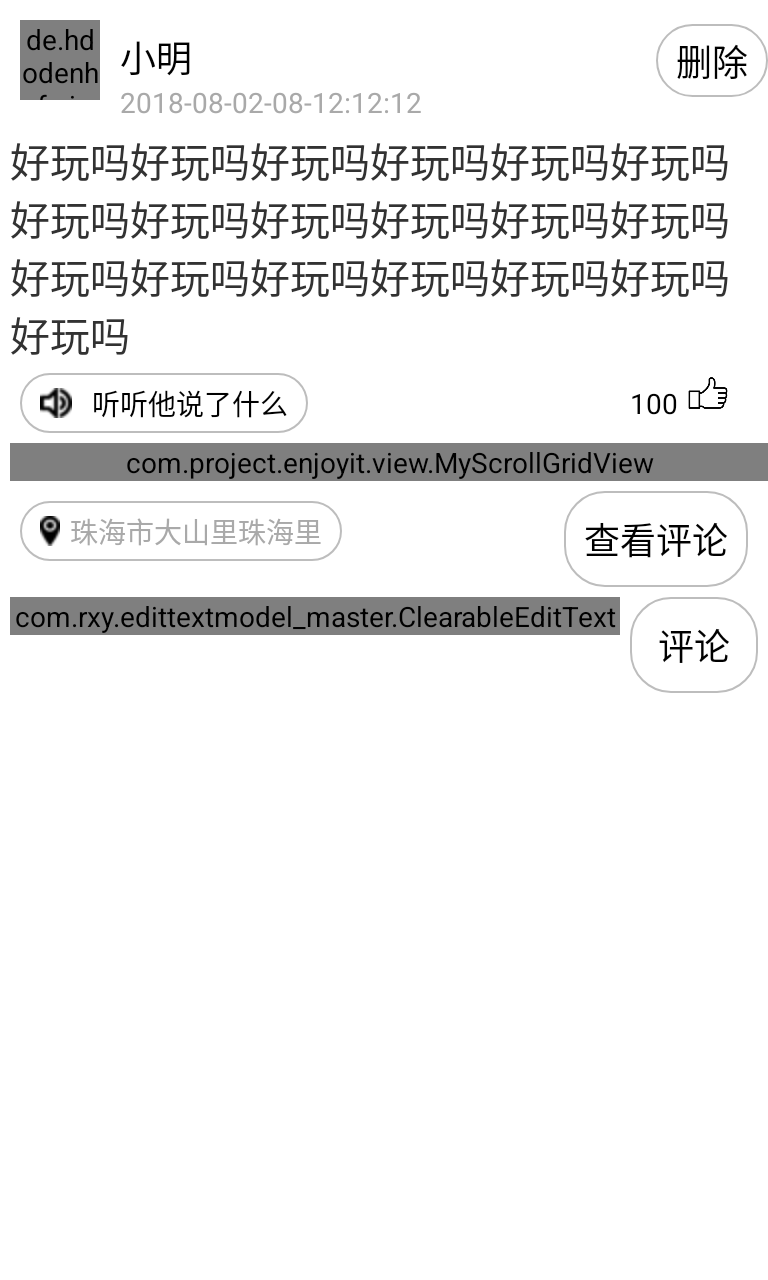
Repository: fatio/Nower
Layout: Android_Client_Source/EnjoyIt/res/layout/shows_list_item.xml
The author's editor kept a copy of each file at every save. The layout is drawn from the files as they stood at one save, then again after the next save.
Pictures or frames that could not be fetched are drawn as grey boxes. It is drawn on a 768 x 1280 px phone screen (xhdpi) without system bars, with theme AppTheme; the app's code is not run.

Above is the layout before, as saved 2015-12-27 09:18:19.

### Android_Client_Source/EnjoyIt/res/layout/shows_list_item.xml
<?xml version="1.0" encoding="utf-8"?>
<LinearLayout xmlns:android="http://schemas.android.com/apk/res/android"
    xmlns:tools="http://schemas.android.com/tools"
    xmlns:app="http://schemas.android.com/apk/res-auto"
    android:layout_width="match_parent"
    android:layout_height="match_parent"
    android:orientation="vertical" >

    <LinearLayout
        android:layout_width="match_parent"
        android:layout_height="wrap_content"
        android:orientation="horizontal" >

        <de.hdodenhof.circleimageview.CircleImageView
            android:id="@+id/civ_head_pic"
            android:layout_width="40dp"
            android:layout_height="40dp"
            android:layout_marginLeft="10dp"
            android:layout_marginTop="10dp"
            android:src="@drawable/head_cat"
            app:border_color="#FFEEEEEE"
            app:border_width="2dp" />

        <LinearLayout
            android:layout_width="wrap_content"
            android:layout_height="wrap_content"
            android:layout_marginLeft="10dp"
            android:layout_marginTop="15dp"
            android:layout_weight="1"
            android:orientation="vertical" >

            <TextView
                android:id="@+id/tv_username"
                android:layout_width="wrap_content"
                android:layout_height="wrap_content"
                android:text="小明"
                android:textColor="@drawable/white_show"
                android:textSize="18sp" />

            <TextView
                android:id="@+id/tv_time"
                android:layout_width="wrap_content"
                android:layout_height="wrap_content"
                android:text="2018-08-02-08-12:12:12"
                android:textColor="#a9a9a9" />
        </LinearLayout>

        <TextView
            android:id="@+id/tv_delete"
            android:layout_width="wrap_content"
            android:layout_height="wrap_content"
            android:layout_gravity="center_vertical"
            android:background="@drawable/imageview_btn_item_selector"
            android:paddingBottom="5dp"
            android:paddingLeft="10dp"
            android:paddingRight="10dp"
            android:paddingTop="5dp"
            android:text="删除"
            android:textColor="@drawable/white_show"
            android:textSize="18sp" />
    </LinearLayout>

    <LinearLayout
        android:layout_width="match_parent"
        android:layout_height="wrap_content"
        android:layout_marginLeft="5dp"
        android:layout_marginRight="5dp"
        android:layout_marginTop="5dp"
        android:orientation="vertical" >

        <TextView
            android:id="@+id/tv_content"
            android:layout_width="match_parent"
            android:layout_height="wrap_content"
            android:autoLink="all"
            android:gravity="center|left"
            android:text="好玩吗好玩吗好玩吗好玩吗好玩吗好玩吗好玩吗好玩吗好玩吗好玩吗好玩吗好玩吗好玩吗好玩吗好玩吗好玩吗好玩吗好玩吗好玩吗"
            android:textSize="20sp" />
    </LinearLayout>

    <RelativeLayout
        android:layout_width="match_parent"
        android:layout_height="wrap_content"
        android:layout_marginTop="5dp"
        android:orientation="horizontal" >

        <TextView
            android:id="@+id/tv_sound"
            android:layout_width="wrap_content"
            android:layout_height="wrap_content"
            android:layout_alignParentLeft="true"
            android:layout_marginLeft="10dp"
            android:background="@drawable/imageview_btn_item_selector"
            android:clickable="true"
            android:drawableLeft="@drawable/ic_sound_pause"
            android:drawablePadding="10dp"
            android:ellipsize="marquee"
            android:focusable="true"
            android:paddingBottom="5dp"
            android:paddingLeft="10dp"
            android:paddingRight="10dp"
            android:paddingTop="5dp"
            android:singleLine="true"
            android:text="听听他说了什么"
            android:textColor="@drawable/white_show"
            android:textIsSelectable="true" />

        <ImageView
            android:id="@+id/iv_like"
            android:layout_width="20dp"
            android:layout_height="20dp"
            android:layout_alignParentRight="true"
            android:layout_marginLeft="5dp"
            android:layout_marginRight="20dp"
            android:src="@drawable/ic_like" />

        <TextView
            android:id="@+id/tv_likes_num"
            android:layout_width="wrap_content"
            android:layout_height="wrap_content"
            android:layout_centerVertical="true"
            android:layout_toLeftOf="@id/iv_like"
            android:gravity="center"
            android:text="100"
            android:textColor="@drawable/white_show" />
    </RelativeLayout>

    <com.project.enjoyit.view.MyScrollGridView
        android:id="@+id/gv_images"
        android:layout_width="fill_parent"
        android:layout_height="wrap_content"
        android:layout_marginLeft="5dp"
        android:layout_marginTop="5dp"
        android:horizontalSpacing="3dp"
        android:numColumns="4"
        android:scrollbars="none"
        android:verticalSpacing="5dp" />

    <RelativeLayout
        android:layout_width="match_parent"
        android:layout_height="wrap_content"
        android:layout_marginTop="5dp" >

        <TextView
            android:id="@+id/tv_address"
            android:layout_width="wrap_content"
            android:layout_height="wrap_content"
            android:layout_alignParentLeft="true"
            android:layout_gravity="center_vertical"
            android:layout_marginLeft="10dp"
            android:layout_marginTop="5dp"
            android:background="@drawable/imageview_btn_item_selector"
            android:clickable="true"
            android:drawableLeft="@drawable/ic_address"
            android:drawablePadding="5dp"
            android:ellipsize="marquee"
            android:focusable="true"
            android:paddingBottom="5dp"
            android:paddingLeft="10dp"
            android:paddingRight="10dp"
            android:paddingTop="5dp"
            android:singleLine="true"
            android:text="珠海市大山里珠海里"
            android:textColor="@drawable/white_show"
            android:textColor="#a9a9a9"
            android:textIsSelectable="true" />

        <Button
            android:id="@+id/bt_show_comments"
            android:layout_width="wrap_content"
            android:layout_height="wrap_content"
            android:layout_alignParentRight="true"
            android:layout_marginRight="10dp"
            android:background="@drawable/imageview_btn_item_selector"
            android:paddingLeft="10dp"
            android:paddingRight="10dp"
            android:text="查看评论"
            android:textColor="@drawable/white_show" />
    </RelativeLayout>

    <LinearLayout
        android:id="@+id/ll_comments_container"
        android:layout_width="match_parent"
        android:layout_height="wrap_content"
        android:orientation="vertical"
        android:visibility="gone" >

        <com.project.enjoyit.view.MyScrollListView
            android:id="@+id/lv_comments"
            android:layout_width="match_parent"
            android:layout_height="wrap_content"
            android:visibility="gone" />

        <Button
            android:id="@+id/bt_hide_comments"
            android:layout_width="wrap_content"
            android:layout_height="wrap_content"
            android:layout_gravity="right"
            android:layout_marginRight="10dp"
            android:background="@drawable/imageview_btn_item_selector"
            android:paddingLeft="10dp"
            android:paddingRight="10dp"
            android:text="隐藏评论"
            android:textColor="@drawable/white_show" />
    </LinearLayout>

    <LinearLayout
        android:layout_width="match_parent"
        android:layout_height="wrap_content"
        android:layout_marginLeft="5dp"
        android:layout_marginRight="5dp"
        android:layout_marginTop="5dp"
        android:orientation="horizontal" >

        <com.rxy.edittextmodel_master.ClearableEditText
            android:id="@+id/cet_comment_text"
            android:layout_width="0dp"
            android:layout_height="wrap_content"
            android:layout_weight="1"
            android:hint="我也说一句" />

        <Button
            android:id="@+id/bt_comment"
            android:layout_width="wrap_content"
            android:layout_height="wrap_content"
            android:layout_marginLeft="5dp"
            android:background="@drawable/imageview_btn_item_selector"
            android:paddingLeft="10dp"
            android:paddingRight="10dp"
            android:text="评论"
            android:textColor="@drawable/white_show" />
    </LinearLayout>

</LinearLayout>

### Android_Client_Source/EnjoyIt/res/values/styles.xml
<resources>
    <style name="like_toast_dialog_style">
        <item name="android:windowFrame">@null</item>
        <item name="android:windowIsFloating">true</item>
        <item name="android:windowIsTranslucent">true</item>
        <item name="android:windowNoTitle">true</item>
        <item name="android:backgroundDimEnabled">false</item>
        <item name="android:windowContentOverlay">@null</item>
        <item name="android:windowBackground">@drawable/round_background</item>
    </style>
    <style name="AnimBottom" parent="@android:style/Animation">
        <item name="android:windowEnterAnimation">@anim/push_bottom_in</item>
        <item name="android:windowExitAnimation">@anim/push_bottom_out</item>
    </style>

    <style name="PopupAnimation3" parent="android:Animation">
        <item name="android:windowEnterAnimation">@anim/push_bottom_in</item>
        <item name="android:windowExitAnimation">@anim/push_bottom_out</item>
    </style>

    <style name="PopupAnimation" mce_bogus="1" parent="android:Animation">
        <item name="android:windowEnterAnimation">@anim/activity_translate_in</item>
        <item name="android:windowExitAnimation">@anim/activity_translate_out</item>
    </style>

    <style name="PopupAnimation1" mce_bogus="1" parent="android:Animation">
        <item name="android:windowEnterAnimation">@anim/popup_enter</item>
        <item name="android:windowExitAnimation">@anim/popup_exit</item>
    </style>
    <!--
        Base application theme, dependent on API level. This theme is replaced
        by AppBaseTheme from res/values-vXX/styles.xml on newer devices.

    -->
    <style name="AppBaseTheme" parent="android:Theme.Light">
        <!--
            Theme customizations available in newer API levels can go in
            res/values-vXX/styles.xml, while customizations related to
            backward-compatibility can go here.

        -->
    </style>

    <!-- Application theme. -->
    <style name="AppTheme" parent="AppBaseTheme">
        <!-- All customizations that are NOT specific to a particular API-level can go here. -->
    </style>

</resources>

### Android_Client_Source/EnjoyIt/res/drawable/white_show.xml
<?xml version="1.0" encoding="utf-8"?>
<selector xmlns:android="http://schemas.android.com/apk/res/android">

    <item android:state_pressed="true" android:color="#ffffff"/>
    <item android:state_focused="true" android:color="#ffffff"/>
    <item android:color="#000000"/>

</selector>

### Android_Client_Source/EnjoyIt/res/drawable/imageview_btn_item_selector.xml
<?xml version="1.0" encoding="utf-8"?>
<selector xmlns:android="http://schemas.android.com/apk/res/android">

    <item android:drawable="@color/black2" android:state_pressed="true"><shape xmlns:android="http://schemas.android.com/apk/res/android">
            <solid android:color="#80858175" />

            <stroke android:width="2dip" android:color="#f5f5f5" />

            <corners android:radius="20dp" />
        </shape></item>
    <item android:state_pressed="false"><shape android:shape="rectangle">
            <solid android:color="#80858175" />

            <gradient android:angle="90" android:endColor="@color/white" android:startColor="@color/white" />

            <stroke android:width="1dip" android:color="#bdbdbd" />

            <corners android:radius="20dp" />
        </shape></item>

</selector><!--
solid设置填充颜色，颜色值以#80开头表示透明
stroke 设置边框宽度，颜色值
corners设置圆角
-->

### Android_Client_Source/EnjoyIt/res/values/colors.xml
<?xml version="1.0" encoding="utf-8" ?>
 <resources>
         <color name="bg_black">#000000</color>
    <color name="bg_white">#FFFFFF</color>
    <color name="bg_topbar">#FCFCFC</color>
    <color name="bg_gray">#00F1F1F1</color>
    <color name="bar_color">#232325</color>

    <color name="black2">#ffeeeeee</color>
    <color name="text_gray">#8D7A71</color>
    <color name="text_white">#FFFFFF</color>
    <color name="text_yellow">#FFC800</color>
    <color name="text_topbar">#694E42</color>
    <color name="div_white">#E5E5E5</color>
    <color name="puple">#d500f9</color>



 <color name="white">#ffffff</color><!--白色 -->
 <color name="ivory">#fffff0</color><!--象牙色 -->
 <color name="lightyellow">#ffffe0</color><!--亮黄色 -->
 <color name="yellow">#ffff00</color><!--黄色 -->
 <color name="snow">#fffafa</color><!--雪白色 -->
 <color name="floralwhite">#fffaf0</color><!--花白色 -->
 <color name="lemonchiffon">#fffacd</color><!--柠檬绸色 -->
 <color name="cornsilk">#fff8dc</color><!--米绸色 -->
 <color name="seaShell">#fff5ee</color><!--海贝色 -->
 <color name="lavenderblush">#fff0f5</color><!--淡紫红 -->
 <color name="papayawhip">#ffefd5</color><!--番木色 -->
 <color name="blanchedalmond">#ffebcd</color><!--白杏色 -->
 <color name="mistyrose">#ffe4e1</color><!--浅玫瑰色 -->
 <color name="bisque">#ffe4c4</color><!--桔黄色 -->
 <color name="moccasin">#ffe4b5</color><!--鹿皮色 -->
 <color name="navajowhite">#ffdead</color><!--纳瓦白 -->
 <color name="peachpuff">#ffdab9</color><!--桃色 -->
 <color name="gold">#ffd700</color><!--金色 -->
 <color name="pink">#ffc0cb</color><!--粉红色 -->
 <color name="lightpink">#ffb6c1</color><!--亮粉红色 -->
 <color name="orange">#ffa500</color><!--橙色 -->
 <color name="lightsalmon">#ffa07a</color><!--亮肉色 -->
 <color name="darkorange">#ff8c00</color><!--暗桔黄色 -->
 <color name="coral">#ff7f50</color><!--珊瑚色 -->
 <color name="hotpink">#ff69b4</color><!--热粉红色 -->
 <color name="tomato">#ff6347</color><!--西红柿色 -->
 <color name="orangered">#ff4500</color><!--红橙色 -->
 <color name="deeppink">#ff1493</color><!--深粉红色 -->
 <color name="fuchsia">#ff00ff</color><!--紫红色 -->
 <color name="magenta">#ff00ff</color><!--红紫色 -->
 <color name="red">#ff0000</color><!--红色 -->
 <color name="oldlace">#fdf5e6</color><!--老花色 -->
 <color name="lightgoldenrodyellow">#fafad2</color><!--亮金黄色 -->
 <color name="linen">#faf0e6</color><!--亚麻色 -->
 <color name="antiquewhite">#faebd7</color><!--古董白 -->
 <color name="salmon">#fa8072</color><!--鲜肉色 -->
 <color name="ghostwhite">#f8f8ff</color><!--幽灵白 -->
 <color name="mintcream">#f5fffa</color><!--薄荷色 -->
 <color name="whitesmoke">#f5f5f5</color><!--烟白色 -->
 <color name="beige">#f5f5dc</color><!--米色 -->
 <color name="wheat">#f5deb3</color><!--浅黄色 -->
 <color name="sandybrown">#f4a460</color><!--沙褐色 -->
 <color name="azure">#f0ffff</color><!--天蓝色 -->
 <color name="honeydew">#f0fff0</color><!--蜜色 -->
 <color name="aliceblue">#f0f8ff</color><!--艾利斯兰 -->
 <color name="khaki">#f0e68c</color><!--黄褐色 -->
 <color name="lightcoral">#f08080</color><!--亮珊瑚色 -->
 <color name="palegoldenrod">#eee8aa</color><!--苍麒麟色 -->
 <color name="violet">#ee82ee</color><!--紫罗兰色 -->
 <color name="darksalmon">#e9967a</color><!--暗肉色 -->
 <color name="lavender">#e6e6fa</color><!--淡紫色 -->
 <color name="lightcyan">#e0ffff</color><!--亮青色 -->
 <color name="burlywood">#deb887</color><!--实木色 -->
 <color name="plum">#dda0dd</color><!--洋李色 -->
 <color name="gainsboro">#dcdcdc</color><!--淡灰色 -->
 <color name="crimson">#dc143c</color><!--暗深红色 -->
 <color name="palevioletred">#db7093</color><!--苍紫罗兰色 -->
 <color name="goldenrod">#daa520</color><!--金麒麟色 -->
 <color name="orchid">#da70d6</color><!--淡紫色 -->
 <color name="thistle">#d8bfd8</color><!--蓟色 -->
 <color name="lightgray">#d3d3d3</color><!--亮灰色 -->
 <color name="lightgrey">#d3d3d3</color><!--亮灰色 -->
 <color name="tan">#d2b48c</color><!--茶色 -->
 <color name="chocolate">#d2691e</color><!--巧可力色 -->
 <color name="peru">#cd853f</color><!--秘鲁色 -->
 <color name="indianred">#cd5c5c</color><!--印第安红 -->
 <color name="mediumvioletred">#c71585</color><!--中紫罗兰色 -->
 <color name="silver">#c0c0c0</color><!--银色 -->
 <color name="darkkhaki">#bdb76b</color><!--暗黄褐色 -->
 <color name="rosybrown">#bc8f8f</color><!--褐玫瑰红 -->
 <color name="mediumorchid">#ba55d3</color><!--中粉紫色 -->
 <color name="darkgoldenrod">#b8860b</color><!--暗金黄色 -->
 <color name="firebrick">#b22222</color><!--火砖色 -->
 <color name="powderblue">#b0e0e6</color><!--粉蓝色 -->
 <color name="lightsteelblue">#b0c4de</color><!--亮钢兰色 -->
 <color name="paleturquoise">#afeeee</color><!--苍宝石绿 -->
 <color name="greenyellow">#adff2f</color><!--黄绿色 -->
 <color name="lightblue">#add8e6</color><!--亮蓝色 -->
 <color name="darkgray">#a9a9a9</color><!--暗灰色 -->
 <color name="darkgrey">#a9a9a9</color><!--暗灰色 -->
 <color name="brown">#a52a2a</color><!--褐色 -->
 <color name="sienna">#a0522d</color><!--赭色 -->
 <color name="darkorchid">#9932cc</color><!--暗紫色 -->
 <color name="palegreen">#98fb98</color><!--苍绿色 -->
 <color name="darkviolet">#9400d3</color><!--暗紫罗兰色 -->
 <color name="mediumpurple">#9370db</color><!--中紫色 -->
 <color name="lightgreen">#90ee90</color><!--亮绿色 -->
 <color name="darkseagreen">#8fbc8f</color><!--暗海兰色 -->
 <color name="saddlebrown">#8b4513</color><!--重褐色 -->
 <color name="darkmagenta">#8b008b</color><!--暗洋红 -->
 <color name="darkred">#8b0000</color><!--暗红色 -->
 <color name="blueviolet">#8a2be2</color><!--紫罗兰蓝色 -->
 <color name="lightskyblue">#87cefa</color><!--亮天蓝色 -->
 <color name="skyblue">#87ceeb</color><!--天蓝色 -->
 <color name="gray">#808080</color><!--灰色 -->
 <color name="grey">#808080</color><!--灰色 -->
 <color name="olive">#808000</color><!--橄榄色 -->
 <color name="purple">#800080</color><!--紫色 -->
 <color name="maroon">#800000</color><!--粟色 -->
 <color name="aquamarine">#7fffd4</color><!--碧绿色 -->
 <color name="chartreuse">#7fff00</color><!--黄绿色 -->
 <color name="lawngreen">#7cfc00</color><!--草绿色 -->
 <color name="mediumslateblue">#7b68ee</color><!--中暗蓝色 -->
 <color name="lightslategray">#778899</color><!--亮蓝灰 -->
 <color name="lightslategrey">#778899</color><!--亮蓝灰 -->
 <color name="slategray">#708090</color><!--灰石色 -->
 <color name="slategrey">#708090</color><!--灰石色 -->
 <color name="olivedrab">#6b8e23</color><!--深绿褐色 -->
 <color name="slateblue">#6a5acd</color><!--石蓝色 -->
 <color name="dimgray">#696969</color><!--暗灰色 -->
 <color name="dimgrey">#696969</color><!--暗灰色 -->
 <color name="mediumaquamarine">#66cdaa</color><!--中绿色 -->
 <color name="cornflowerblue">#6495ed</color><!--菊兰色 -->
 <color name="cadetblue">#5f9ea0</color><!--军兰色 -->
 <color name="darkolivegreen">#556b2f</color><!--暗橄榄绿 -->
 <color name="indigo">#4b0082</color><!--靛青色 -->
 <color name="mediumturquoise">#48d1cc</color><!--中绿宝石 -->
 <color name="darkslateblue">#483d8b</color><!--暗灰蓝色 -->
 <color name="steelblue">#4682b4</color><!--钢兰色 -->
 <color name="royalblue">#4169e1</color><!--皇家蓝 -->
 <color name="turquoise">#40e0d0</color><!--青绿色 -->
 <color name="mediumseagreen">#3cb371</color><!--中海蓝 -->
 <color name="limegreen">#32cd32</color><!--橙绿色 -->
 <color name="darkslategray">#2f4f4f</color><!--暗瓦灰色 -->
 <color name="darkslategrey">#2f4f4f</color><!--暗瓦灰色 -->
 <color name="seagreen">#2e8b57</color><!--海绿色 -->
 <color name="forestgreen">#228b22</color><!--森林绿 -->
 <color name="lightseagreen">#20b2aa</color><!--亮海蓝色 -->
 <color name="dodgerblue">#1e90ff</color><!--闪兰色 -->
 <color name="midnightblue">#191970</color><!--中灰兰色 -->
 <color name="aqua">#00ffff</color><!--浅绿色 -->
 <color name="cyan">#00ffff</color><!--青色 -->
 <color name="springgreen">#00ff7f</color><!--春绿色 -->
 <color name="lime">#00ff00</color><!--酸橙色 -->
 <color name="mediumspringgreen">#00fa9a</color><!--中春绿色 -->
 <color name="darkturquoise">#00ced1</color><!--暗宝石绿 -->
 <color name="deepskyblue">#00bfff</color><!--深天蓝色 -->
 <color name="darkcyan">#008b8b</color><!--暗青色 -->
 <color name="teal">#008080</color><!--水鸭色 -->
 <color name="green">#008000</color><!--绿色 -->
 <color name="darkgreen">#006400</color><!--暗绿色 -->
 <color name="blue">#0000ff</color><!--蓝色 -->
 <color name="mediumblue">#0000cd</color><!--中兰色 -->
 <color name="darkblue">#00008b</color><!--暗蓝色 -->
 <color name="navy">#000080</color><!--海军色 -->
 <color name="black">#000000</color><!--黑色 -->
 <color name="transparent">#0000</color><!-- 透明 -->
 <color name="transparent2">#8000</color><!-- 透明 -->
 <!-- 上传图片添加的颜色 -->
 <color name="none_color">#00000000</color>
 <color name="plugin_camera_black">#000000</color>
 <color name="albumback">#E1E0DE</color>


 <color name="style_red">#ff4c41</color>
 <color name="style_divider_color">#C9C7CD</color>
 </resources>

Loaded but not shown: Android_Client_Source/EnjoyIt/res/values-v11/styles.xml (common file); Android_Client_Source/EnjoyIt/res/values-v14/styles.xml (common file)

After the next save:
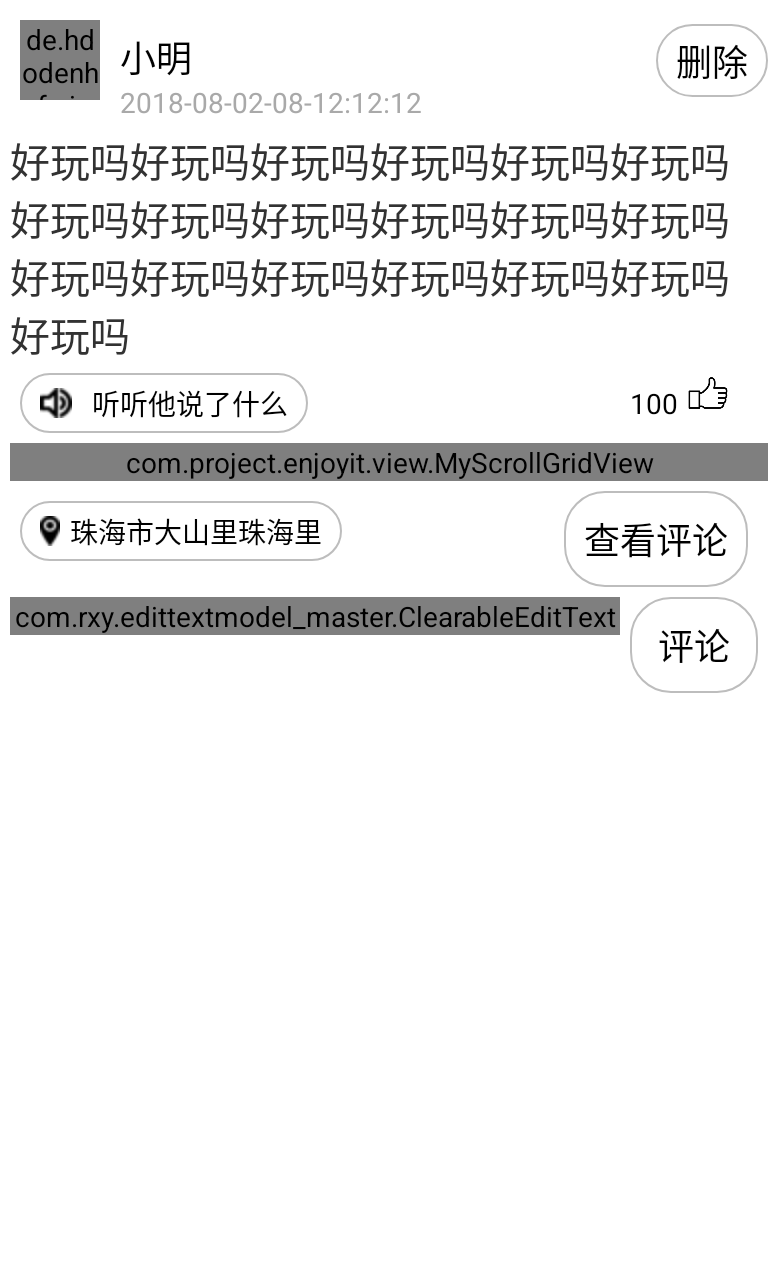
Saved 39 s later.
--- a/Android_Client_Source/EnjoyIt/res/layout/shows_list_item.xml
+++ b/Android_Client_Source/EnjoyIt/res/layout/shows_list_item.xml
@@ -162,9 +162,9 @@
             android:singleLine="true"
             android:text="珠海市大山里珠海里"
             android:textColor="@drawable/white_show"
-            android:textColor="#a9a9a9"
+
             android:textIsSelectable="true" />
-
+<!-- android:textColor="#a9a9a9" -->
         <Button
             android:id="@+id/bt_show_comments"
             android:layout_width="wrap_content"
